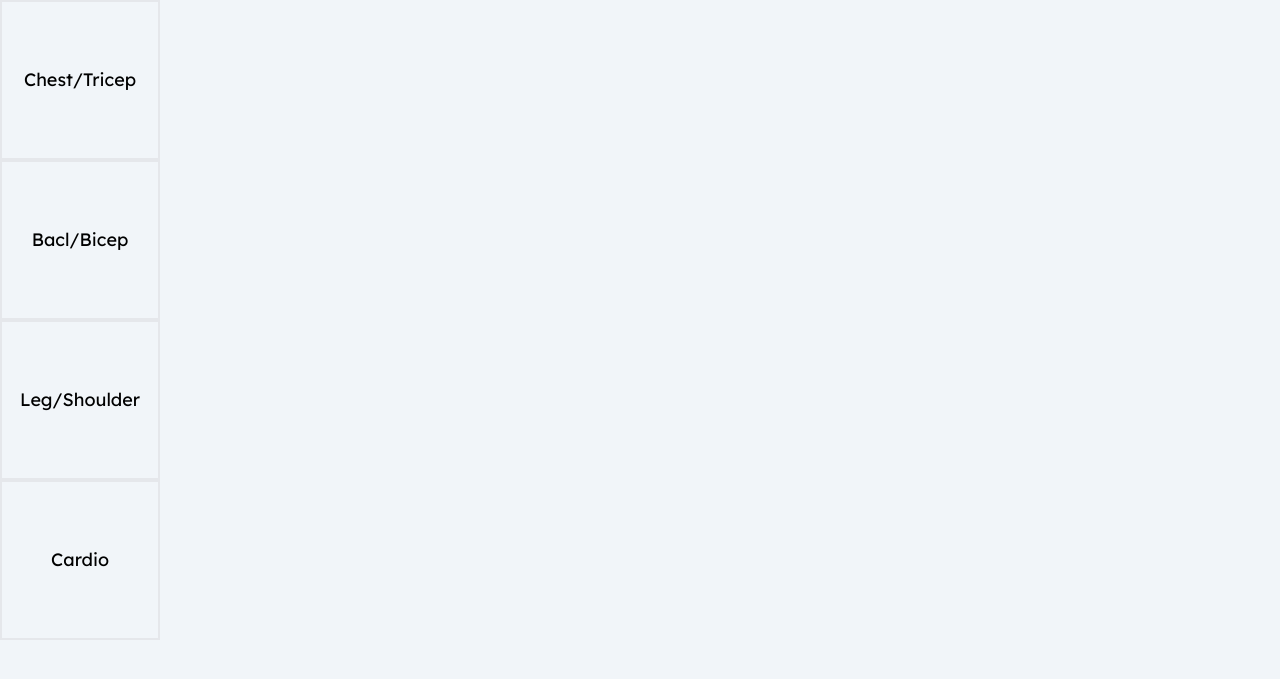
Repository: stavan30/tracker
Page: /
The author's editor kept a copy of each file at every save. The page is drawn from the files as they stood at one save, then again after the next save.
The browser window is 1280 px wide. The pictures show the whole page.
The project was rebuilt for these pictures with package versions that can differ from the ones it lists, and the page was loaded fresh each time. Also part of the build but not shown: vite.config.js.

Above is the page before, as saved 2024-02-23 17:57:18.

After the next save:
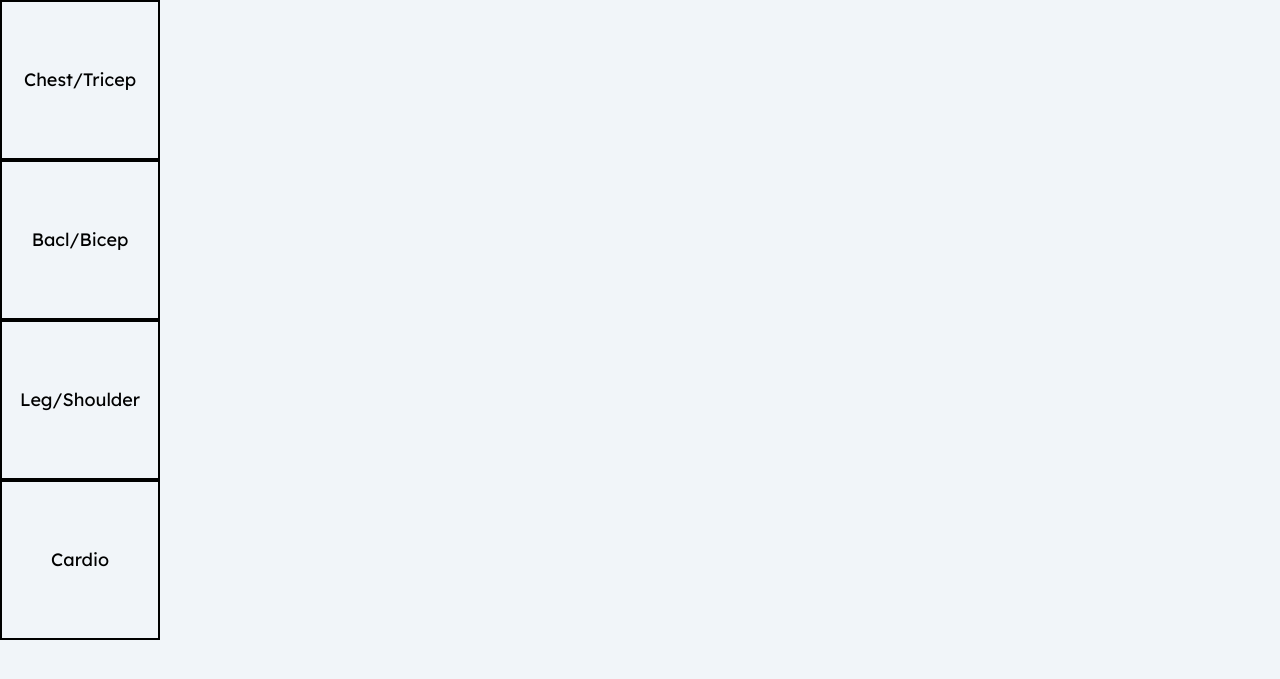
Saved 15 s later.
--- a/src/Components/Card.jsx
+++ b/src/Components/Card.jsx
@@ -2,7 +2,7 @@ import React from 'react'
 
 const Card = (props) => {
   return (
-    <div className='flex items-center justify-center text-black text-lg font-lex border-2 h-40 w-40 text-center '>{props.day}</div>
+    <div className='flex items-center justify-center text-black text-lg font-lex border-2 border-black h-40 w-40 text-center '>{props.day}</div>
   )
 }
 
